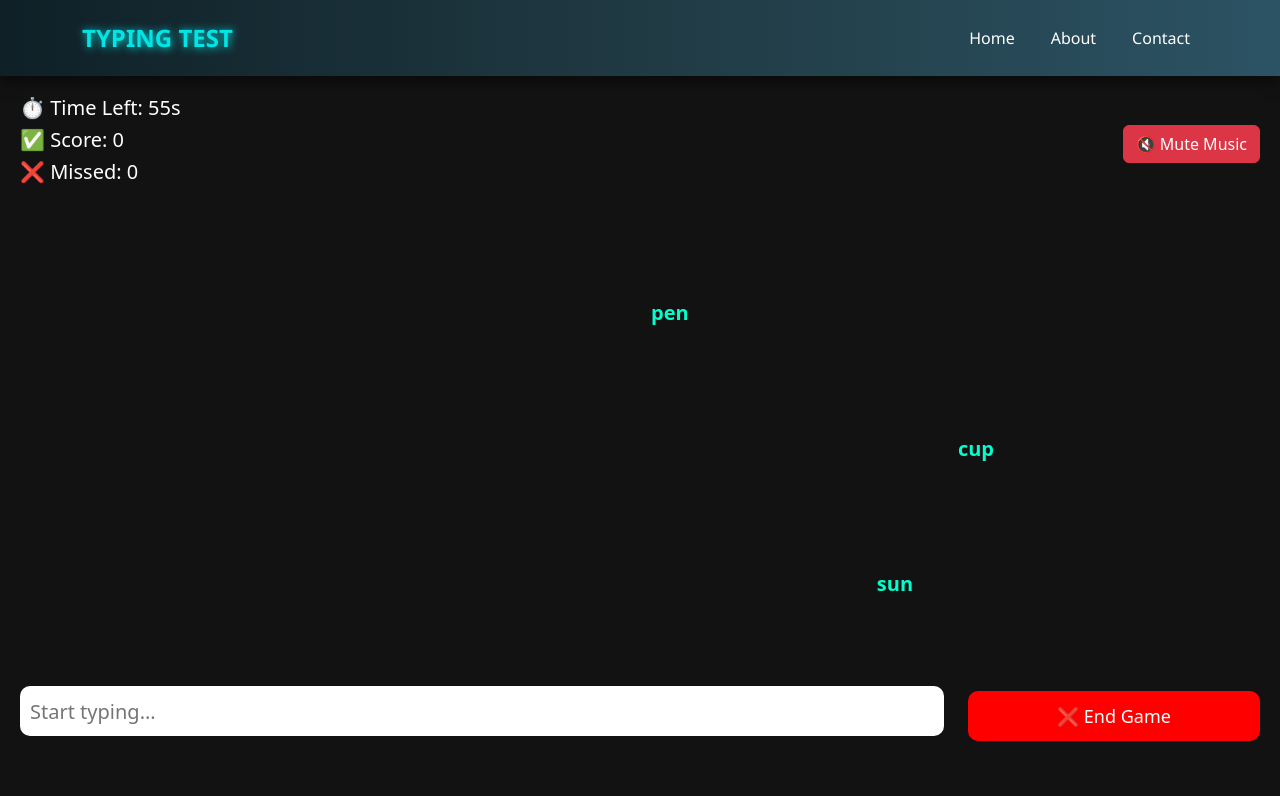
Repository: SHAHZADcodr/typing-test-react
Page: /game
An editor plug-in stored every save of this project. The page is shown before and after the next save, followed by the edit.
The browser window is 1280 px wide. The pictures show the whole page.
The project was rebuilt for these pictures with package versions that can differ from the ones it lists, and the page was loaded fresh each time. Also part of the build but not shown: src/customCss/Home.css, src/pages/Home.jsx, src/customCss/About.css, src/pages/About.jsx, src/customCss/Contact.css, src/pages/Contact.jsx, src/customCss/GameOver.css, src/pages/GameOver.jsx. Imported but missing from the stored project, and not drawn on this page: src/assets/background.mp3, src/assets/pop.mp3.

Above is the page before, as saved 2025-04-09 01:01:43.

### src/index.js
import React from 'react';
import "bootstrap/dist/css/bootstrap.min.css";
import ReactDOM from 'react-dom/client';
import './index.css';
import App from './App';
import { BrowserRouter } from 'react-router-dom';
import reportWebVitals from './reportWebVitals';

const root = ReactDOM.createRoot(document.getElementById('root'));
root.render(
  <React.StrictMode>
    <BrowserRouter>
      <App />
    </BrowserRouter>
  </React.StrictMode>
);

// If you want to start measuring performance in your app, pass a function
// to log results (for example: reportWebVitals(console.log))
// or send to an analytics endpoint. Learn more: https://bit.ly/CRA-vitals
reportWebVitals();

### src/index.css
body {
  margin: 0;
  background: linear-gradient(135deg, #0f2027,
  #203a43, #2c5364);
}

### src/App.js
import {Routes,Route} from "react-router-dom";
import './App.css';
//pages
import Home  from "./pages/Home";
import About from "./pages/About";
import Contact from "./pages/Contact";
import Game from "./pages/Game";
import GameOver from "./pages/GameOver";

//components
import Navigation from "./components/Navbar";

function App() {
  return (
    <>
    <Navigation/>
    <Routes>
      <Route path="/" element={<Home/>}/>
      <Route path="*" element={<Home/>}/>
      <Route path="/about" element={<About/>}/>
      <Route path="/contact" element={<Contact/>}/>
      <Route path="/game" element={<Game/>}/>
      <Route path="/gameOver" element={<GameOver/>}/>

    </Routes>
    </>

  );
}

export default App;

### src/App.css
.custom-navbar {
  background: linear-gradient(to right, #0f2027, #203a43, #2c5364) !important;
  padding: 15px 20px;
  box-shadow: 0 4px 15px rgba(0, 0, 0, 0.6);
  font-family: 'Segoe UI', Tahoma, Geneva, Verdana, sans-serif;
}

.custom-navbar .navbar-brand {
  color: #00e6e6 !important;
  font-weight: bold;
  font-size: 1.5rem;
  text-shadow: 1px 1px 8px #00e6e6;
}

.custom-navbar .nav-link {
  color: #ffffff !important;
  margin-left: 20px;
  transition: color 0.3s ease, transform 0.2s ease;
  font-weight: 500;
}

.custom-navbar .nav-link:hover {
  color: #00e6e6 !important;
  transform: scale(1.05);
  text-shadow: 0 0 5px #00e6e6;
}

.custom-navbar .navbar-toggler {
  background-color: #00e6e6;
}

### src/pages/Game.jsx
// Same imports
import React, { useEffect, useRef, useState } from 'react';
import { useLocation, useNavigate } from 'react-router-dom';
import { Container, Row, Col, Button, Toast } from 'react-bootstrap';
import '../customCss/Game.css';
import popSound from '../assets/pop.mp3';
import bgMusicFile from '../assets/background.mp3';

const wordBank = {
  easy: ['cat', 'dog', 'sun', 'pen', 'cup'],
  medium: ['apple', 'banana', 'pencil', 'camera', 'jungle'],
  hard: ['algorithm', 'symphony', 'hypothesis', 'university', 'revolution']
};

const Game = () => {
  const { state } = useLocation();
  const navigate = useNavigate();
  const { difficulty = 'easy', duration = 60 } = state || {};

  const [words, setWords] = useState([]);
  const [typed, setTyped] = useState('');
  const [timeLeft, setTimeLeft] = useState(duration);
  const [score, setScore] = useState(0);
  const [missed, setMissed] = useState(0);
  const [showToast, setShowToast] = useState(true);
  const [bgMusicPlaying, setBgMusicPlaying] = useState(true);

  const wordId = useRef(0);
  const pop = new Audio(popSound);
  const bgMusic = useRef(new Audio(bgMusicFile));
  const inputRef = useRef();

  useEffect(() => {
    inputRef.current.focus();

    if (bgMusicPlaying) {
      bgMusic.current.loop = true;
      bgMusic.current.play();
    }

    const timer = setInterval(() => {
      setTimeLeft((prev) => {
        if (prev <= 1) {
          clearInterval(timer);
          endGame();
        }
        return prev - 1;
      });
    }, 1000);
    return () => clearInterval(timer);
  }, []);

  useEffect(() => {
    const interval = setInterval(() => {
      const word = wordBank[difficulty][Math.floor(Math.random() * wordBank[difficulty].length)];
      const newWord = {
        id: wordId.current++,
        text: word,
        top: 0,
        left: Math.random() * 80 + 10,
        color: 'default'
      };
      setWords((prev) => [...prev, newWord]);
    }, 1500);
    return () => clearInterval(interval);
  }, [difficulty]);

  useEffect(() => {
    const falling = setInterval(() => {
      setWords((prevWords) => {
        const updated = prevWords.map((word) => ({ ...word, top: word.top + 2 }));
        const filtered = updated.filter((word) => {
          if (word.top >= 90) {
            setMissed((m) => m + 1);
            return false;
          }
          return true;
        });
        return filtered;
      });
    }, 100);
    return () => clearInterval(falling);
  }, []);

  const handleTyping = (e) => {
    const input = e.target.value;
    setTyped(input);

    if (input.endsWith(' ')) {
      const trimmedInput = input.trim();
      const found = words.find((w) => w.text === trimmedInput);

      if (found) {
        pop.play();
        setScore((s) => s + 1);
        highlightAndRemove(found.id, 'green');
      } else {
        const randomWord = words[0];
        if (randomWord) {
          highlightAndRemove(randomWord.id, 'red');
        }
      }

      setTyped('');
    }
  };

  const highlightAndRemove = (id, color) => {
    setWords((prev) =>
      prev.map((w) => (w.id === id ? { ...w, color } : w))
    );
    setTimeout(() => {
      setWords((prev) => prev.filter((w) => w.id !== id));
    }, 300);
  };

  const endGame = () => {
    bgMusic.current.pause();
    bgMusic.current.currentTime = 0;

    setTimeout(() => {
      const total = score + missed;
      const accuracy = total === 0 ? 0 : Math.round((score / total) * 100);
      const wpm = Math.round(score / (duration / 60));

      const result = { score, missed, accuracy, wpm, total };

      console.log('Saving result to localStorage:', result);
      localStorage.setItem('gameResult', JSON.stringify(result));

      navigate('/gameover');
    }, 100);
  };

  const toggleBgMusic = () => {
    if (bgMusicPlaying) {
      bgMusic.current.pause();
    } else {
      bgMusic.current.play();
    }
    setBgMusicPlaying(!bgMusicPlaying);
  };

  return (
    <Container fluid className="game-container">
      <Toast  className="toast-message"show={showToast} onClose={() => setShowToast(false)} delay={3000} autohide>
        <Toast.Header>
          <strong className="me-auto">Game Tip</strong>
        </Toast.Header>
        <Toast.Body>You have to press space after typing every word!</Toast.Body>
      </Toast>

      <div className="top-bar d-flex justify-content-between">
        <div>
          <h5>⏱ Time Left: {timeLeft}s</h5>
          <h5>✅ Score: {score}</h5>
          <h5>❌ Missed: {missed}</h5>
        </div>
        <Button variant={bgMusicPlaying ? 'danger' : 'success'} onClick={toggleBgMusic}>
          {bgMusicPlaying ? '🔇 Mute Music' : '🔊 Play Music'}
        </Button>
      </div>

      <div className="falling-area">
        {words.map((word) => (
          <div
            key={word.id}
            className={`falling-word ${word.color}`}
            style={{ top: `${word.top}%`, left: `${word.left}%` }}
          >
            {word.text}
          </div>
        ))}
      </div>

      <Row className="mt-3 align-items-center bottom-controls">
        <Col xs={9}>
          <input
            type="text"
            className="typing-input"
            value={typed}
            onChange={handleTyping}
            ref={inputRef}
            placeholder="Start typing..."
          />
        </Col>
        <Col xs={3}>
          <Button onClick={endGame} className="end-game-button">
            ❌ End Game
          </Button>
        </Col>
      </Row>
    </Container>
  );
};

export default Game;

### src/components/Navbar.jsx
import React from 'react';
import { Navbar, Nav, Container } from 'react-bootstrap';
import { Link } from 'react-router-dom';
import '../App.css'; // Make sure this path is correct

const Navigation = () => {
  return (
    <Navbar expand="lg" className="custom-navbar" variant="dark">
      <Container>
        <Navbar.Brand as={Link} to="/">TYPING TEST</Navbar.Brand>
        <Navbar.Toggle aria-controls="basic-navbar-nav" />
        <Navbar.Collapse id="basic-navbar-nav">
          <Nav className="ms-auto">
            <Nav.Link as={Link} to="/">Home</Nav.Link>
            <Nav.Link as={Link} to="/about">About</Nav.Link>
            <Nav.Link as={Link} to="/contact">Contact</Nav.Link>
          </Nav>
        </Navbar.Collapse>
      </Container>
    </Navbar>
  );
};

export default Navigation;

### src/customCss/Game.css
.game-container {
  height: 100vh;
  background: #121212;
  color: white;
  padding: 20px;
  display: flex;
  flex-direction: column;
  justify-content: space-between;
  overflow: hidden;
}

/* Top bar aligned horizontally */
.top-bar {
  display: flex;
  justify-content: space-between;
  align-items: center;
  flex-wrap: wrap;
  gap: 10px;
  margin-bottom: 15px;
}

.top-item {
  flex: 1;
  text-align: center;
  font-size: 18px;
}

/* Style for audio button */
.music-toggle-button {
  background-color: #1f1f1f;
  color: #00ffcc;
  border: 2px solid #00ffcc;
  border-radius: 10px;
  padding: 8px 16px;
  font-size: 16px;
  transition: all 0.3s ease;
}

.music-toggle-button:hover {
  background-color: #00ffcc;
  color: #121212;
}

/* Toast styling for center display */
.toast-message {
  position: fixed;
  top: 50%;
  left: 50%;
  transform: translate(-50%, -50%);
  background-color: rgba(255, 255, 255, 0.95);
  color: #121212;
  padding: 20px 30px;
  border-radius: 10px;
  font-size: 18px;
  font-weight: bold;
  z-index: 9999;
  box-shadow: 0 0 10px rgba(0, 255, 204, 0.7);
}

/* Falling words area */
.falling-area {
  flex: 1;
  position: relative;
  width: 100%;
  overflow: hidden;
  margin-bottom: 10px;
}

.falling-word {
  position: absolute;
  font-size: 20px;
  font-weight: bold;
  color: #00ffcc;
  transition: top 0.1s linear;
}

.falling-word.green {
  color: #00ff00;
}

.falling-word.red {
  color: #ff4d4d;
}

.typing-input {
  width: 100%;
  padding: 10px;
  font-size: 20px;
  border-radius: 10px;
  border: none;
  outline: none;
  height: 50px;
  margin-bottom: 10px;
}

.end-game-button {
  width: 100%;
  height: 50px;
  font-size: 18px;
  background-color: red;
  color: white;
  border: none;
  border-radius: 10px;
  transition: background-color 0.3s ease;
}

.end-game-button:hover {
  background-color: darkred;
}

.bottom-controls {
  margin-bottom: 30px;
}

Loaded but not shown: public/index.html (common file); src/reportWebVitals.js (common file)

After the next save:
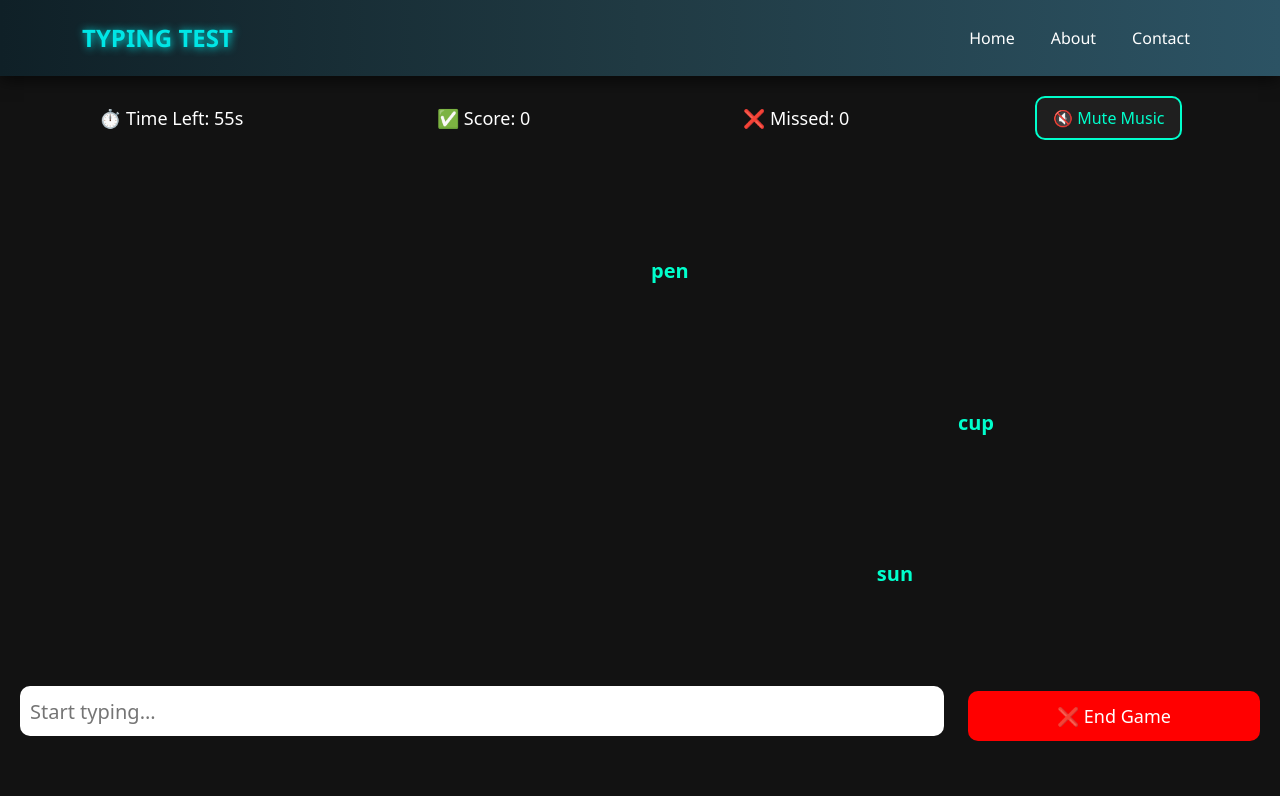
Saved 2 min 49 s later.
--- a/src/pages/Game.jsx
+++ b/src/pages/Game.jsx
@@ -24,6 +24,7 @@ const Game = () => {
   const [missed, setMissed] = useState(0);
   const [showToast, setShowToast] = useState(true);
   const [bgMusicPlaying, setBgMusicPlaying] = useState(true);
+  const [gameEnded, setGameEnded] = useState(false); // ✅ New flag to avoid duplicate end
 
   const wordId = useRef(0);
   const pop = new Audio(popSound);
@@ -42,7 +43,8 @@ const Game = () => {
       setTimeLeft((prev) => {
         if (prev <= 1) {
           clearInterval(timer);
-          endGame();
+          if (!gameEnded) endGame(); // ✅ Fix: trigger end only once
+          return 0;
         }
         return prev - 1;
       });
@@ -115,19 +117,22 @@ const Game = () => {
   };
 
   const endGame = () => {
+    if (gameEnded) return; // ✅ Prevent multiple calls
+    setGameEnded(true);
+
     bgMusic.current.pause();
     bgMusic.current.currentTime = 0;
 
+    const total = score + missed;
+    const accuracy = total === 0 ? 0 : Math.round((score / total) * 100);
+    const wpm = Math.round(score / (duration / 60));
+
+    const result = { score, missed, accuracy, wpm, total };
+
+    console.log('Saving result to localStorage:', result);
+    localStorage.setItem('gameResult', JSON.stringify(result));
+
     setTimeout(() => {
-      const total = score + missed;
-      const accuracy = total === 0 ? 0 : Math.round((score / total) * 100);
-      const wpm = Math.round(score / (duration / 60));
-
-      const result = { score, missed, accuracy, wpm, total };
-
-      console.log('Saving result to localStorage:', result);
-      localStorage.setItem('gameResult', JSON.stringify(result));
-
       navigate('/gameover');
     }, 100);
   };
@@ -143,22 +148,22 @@ const Game = () => {
 
   return (
     <Container fluid className="game-container">
-      <Toast  className="toast-message"show={showToast} onClose={() => setShowToast(false)} delay={3000} autohide>
+      <Toast className="toast-message centered-toast" show={showToast} onClose={() => setShowToast(false)} delay={3000} autohide>
         <Toast.Header>
           <strong className="me-auto">Game Tip</strong>
         </Toast.Header>
         <Toast.Body>You have to press space after typing every word!</Toast.Body>
       </Toast>
 
-      <div className="top-bar d-flex justify-content-between">
-        <div>
-          <h5>⏱ Time Left: {timeLeft}s</h5>
-          <h5>✅ Score: {score}</h5>
-          <h5>❌ Missed: {missed}</h5>
+      <div className="top-bar">
+        <div className="top-item">⏱ Time Left: {timeLeft}s</div>
+        <div className="top-item">✅ Score: {score}</div>
+        <div className="top-item">❌ Missed: {missed}</div>
+        <div className="top-item">
+          <Button variant={bgMusicPlaying ? 'danger' : 'success'} onClick={toggleBgMusic} className="music-toggle-button">
+            {bgMusicPlaying ? '🔇 Mute Music' : '🔊 Play Music'}
+          </Button>
         </div>
-        <Button variant={bgMusicPlaying ? 'danger' : 'success'} onClick={toggleBgMusic}>
-          {bgMusicPlaying ? '🔇 Mute Music' : '🔊 Play Music'}
-        </Button>
       </div>
 
       <div className="falling-area">
